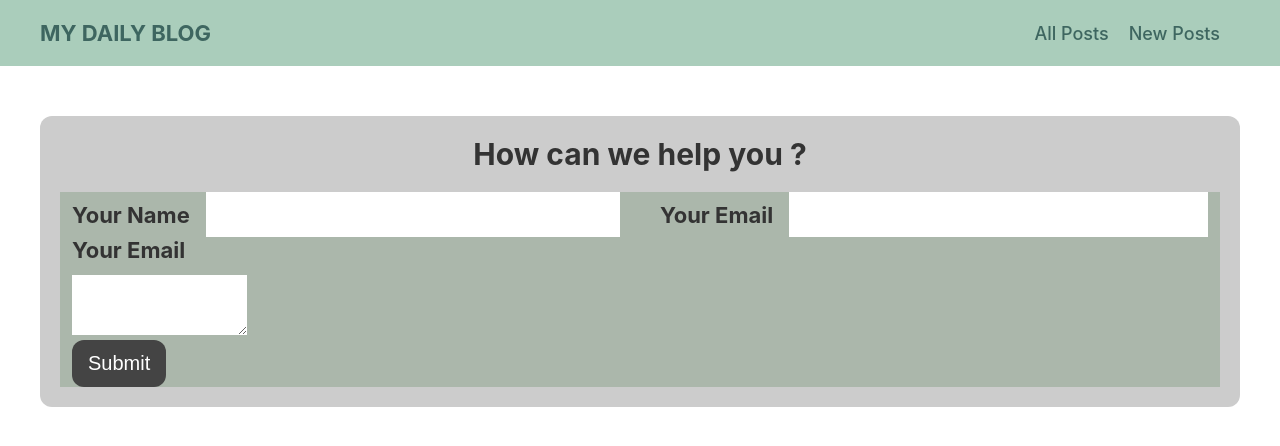
Repository: lyvandat/post-project-nextjs
Page: /new-post
An editor plug-in stored every save of this project. The page is shown before and after the next save, followed by the edit.
The browser window is 1280 px wide. The pictures show the whole page.
The project was rebuilt for these pictures with package versions that can differ from the ones it lists, and the page was loaded fresh each time. The framework's server and built-in components were replaced by stand-ins that run in the browser. Also part of the build but not shown: next.config.js.

Above is the page before, as saved 2022-09-26 18:39:47.

### pages/_app.tsx
import "../styles/globals.css";
import type { AppProps } from "next/app";
import Layout from "../components/layout/Layout";

function MyApp({ Component, pageProps }: AppProps) {
  return (
    <Layout>
      <Component {...pageProps} />
    </Layout>
  );
}

export default MyApp;

### pages/new-post.tsx
import NewPost from "../components/posts/NewPost";
const NewPostPage: React.FC = (props) => {
  return <NewPost />;
};

export default NewPostPage;

### styles/globals.css
:root {
  --background-green: #aacdbb;
  --light-green: #abb7ab;
  --medium-green: #8b9874;
  --high-green: #3e6660;
}

html,
body {
  color: var(--medium-green);
  padding: 0;
  margin: 0;
  font-family: -apple-system, BlinkMacSystemFont, Segoe UI, Roboto, Oxygen,
    Ubuntu, Cantarell, Fira Sans, Droid Sans, Helvetica Neue, sans-serif;
}

html {
  font-size: 62.5%;
}

body {
  font-size: 1.6rem;
}

a {
  color: inherit;
  text-decoration: none;
}

* {
  box-sizing: border-box;
  margin: 0;
  border: 0;
  padding: 0;
}

ul {
  padding-left: 0;
  list-style: none;
}

button {
  outline: none;
}

img {
  display: block;
  max-width: 100%;
}

.container {
  max-width: 1200px;
  width: 100%;
  margin-left: auto;
  margin-right: auto;
}

.container > h2 {
  text-align: center;
  color: white;
  opacity: 0.66;
  margin-bottom: 40px;
  margin-top: 10px;
  padding-top: 30px;
  font-size: 2.8rem;
  font-weight: 600;
  text-transform: capitalize;
}

.padding-section {
  padding-top: 50px;
  padding-bottom: 30px;
}

### components/layout/Layout.tsx
import React from "react";
import classes from "./Layout.module.css";
import MainNavigation from "./MainNavigation";

const Layout: React.FC<{ children: React.ReactNode }> = (props) => {
  return (
    <React.Fragment>
      <MainNavigation></MainNavigation>
      <main className={classes.main}>{props.children}</main>
    </React.Fragment>
  );
};

export default Layout;

### components/posts/NewPost.tsx
import classes from "./NewPost.module.css";

const NewPost: React.FC = (props) => {
  return (
    <section className={`${classes.contact} container`}>
      <h1> How can we help you ?</h1>
      <form className={classes.form}>
        <div className={classes.controls}>
          <div className={classes.control}>
            <label htmlFor="name">Your Name</label>
            <input id="name" type="text"></input>
          </div>
          <div className={classes.control}>
            <label htmlFor="email">Your Email</label>
            <input id="email" type="text"></input>
          </div>
        </div>
        <div className={classes.text}>
          <label htmlFor="feedback">Your Email</label>
          <textarea id="feedback" rows={4}></textarea>
        </div>
        <div className={classes.actions}>
          <button type="submit">Submit</button>
        </div>
      </form>
    </section>
  );
};

export default NewPost;

### components/layout/Layout.module.css
.main {
  width: 100%;
  margin-left: auto;
  margin-right: auto;
}

### components/layout/MainNavigation.tsx
import classes from "./MainNavigation.module.css";
import Link from "next/link";

const MainNavigation: React.FC = (props) => {
  return (
    <header className={classes["main-header"]}>
      <div className={classes.container}>
        <Link href="/">
          <a>
            <h2>My Daily Blog</h2>
          </a>
        </Link>
        <nav>
          <ul>
            <li>
              <Link href="/all-posts">All Posts</Link>
            </li>
            <li>
              <Link href="/new-post">New Posts</Link>
            </li>
          </ul>
        </nav>
      </div>
    </header>
  );
};

export default MainNavigation;

### components/posts/NewPost.module.css
.contact {
  background-color: #ccc;
  border-radius: 12px;
  padding: 20px;
  color: #333;
  font-size: 2.2rem;
  font-weight: bold;
  margin-top: 50px;
}

.contact h1 {
  font-size: 3rem;
  text-align: center;
  margin-bottom: 20px;
}

.form {
  padding: 0 12px;
  background-color: var(--light-green);
}

.controls {
  display: flex;
  flex-flow: row nowrap;
  justify-content: space-between;
}

.control {
  width: calc(50% - 20px);
  display: flex;
  align-items: center;
}

.control label {
  margin-right: 16px;
}

.control input {
  flex: 1;
  padding: 12px;
  font-size: 1.8rem;
}

.text label {
  display: block;
  margin-bottom: 12px;
}

.actions {
  margin-left: auto;
}

.actions button {
  font-size: 2rem;
  background-color: #444;
  color: #fff;
  padding: 12px 16px;
  border-radius: 12px;
}

.actions button:hover {
  background-color: #222;
}

### components/layout/MainNavigation.module.css
.main-header {
  background-color: var(--background-green);
  padding: 20px;
}

.container {
  color: var(--high-green);
  width: 100%;
  max-width: 1200px;
  display: flex;
  justify-content: space-between;
  align-items: center;
  margin: 0 auto;
}

.container h2 {
  font-size: 22px;
  font-weight: 700;
  text-transform: uppercase;
}

.container nav {
}

.container ul {
  display: flex;
  justify-content: flex-start;
}

.container li {
  margin-right: 20px;
}

.container a {
  font-weight: 600;
  font-size: 18px;
  font-weight: 500;
}

After the next save:
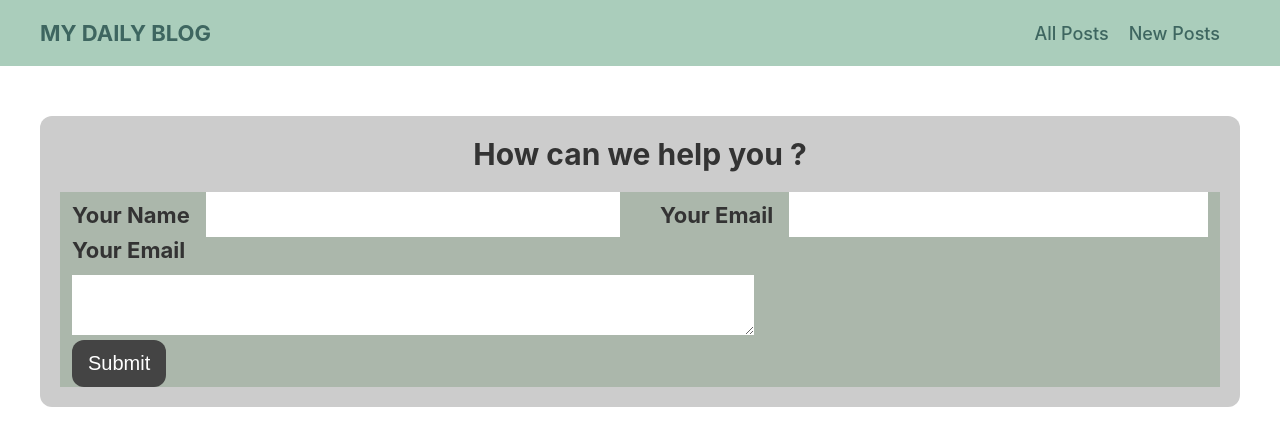
Saved 41 s later.
--- a/components/posts/NewPost.module.css
+++ b/components/posts/NewPost.module.css
@@ -41,6 +41,10 @@
   font-size: 1.8rem;
 }
 
+.text textarea {
+  width: 60%;
+}
+
 .text label {
   display: block;
   margin-bottom: 12px;
